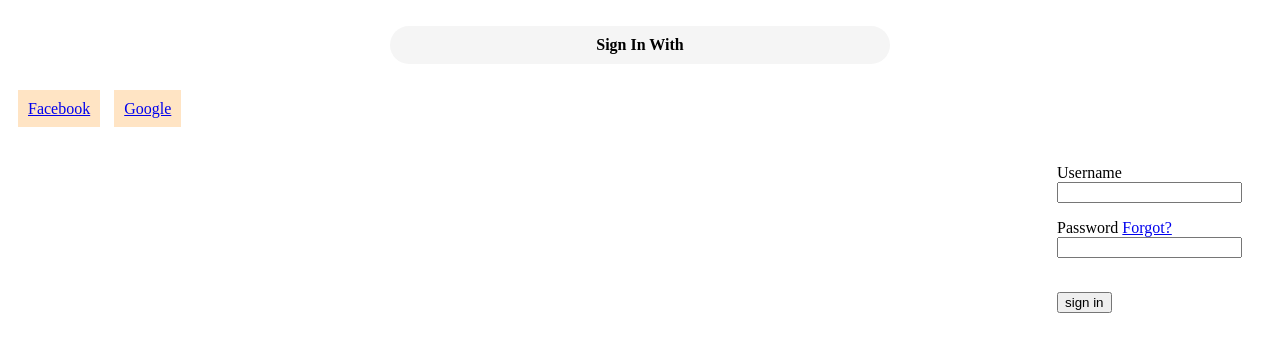
Repository: Tobby004/bdc-assignment-2
Page: index.html
These files come from the project's save history. The page is drawn as it stood at one moment and after the next save; the edit follows.
The browser window is 1280 px wide. The pictures show the whole page.

Above is the page before, as saved 2023-02-11 06:46:37.

### index.html
<!DOCTYPE html>
<html lang="en">
<head>
    <meta charset="UTF-8">
    <meta http-equiv="X-UA-Compatible" content="IE=edge">
    <meta name="viewport" content="width=<device-width>, initial-scale=1.0">
    <title>Document</title>
    <link rel="stylesheet" href="task.css">
</head>
<body>
    <header>
    <div class="box-container">
        <div class="box1">
        <br>
            <b>
             Sign In With
            </b>
        <br>
        <br>
        <a href="#">
            Facebook</a>
            <a href="#">
                Google
            </a>
        </div>
            </div>
        </header>


        <div class="form-input">
        <p>Username
            <br>
            <input type="text" placeholder="" />
        </p>
         <p>Password
            <a href="#">Forgot?</a>
            <br>
            <input type="password" />
         </p>
         <br>
         <button>sign in</button>
        </div>

</body>
</html>

### task.css
*{
    box-sizing:border-box;
}
header b {
    background-color:whitesmoke ;
    display: flex;
    padding: 10px;
    border-radius: 40px;
    margin-right: auto;
    margin-left: auto;
    max-width: 500px;
    justify-content: center;
}
header a {
    padding: 10px;
    display: flexbox;
    background-color: bisque;
    margin-left: 10px;
    max-width: 500px
}
.form-input{
    display: block;
    max-width: 500px;
    height: 10px;
    float: inline-end;
    padding: 30px;
    margin-left: auto;
    margin-right: auto;
}

After the next save:
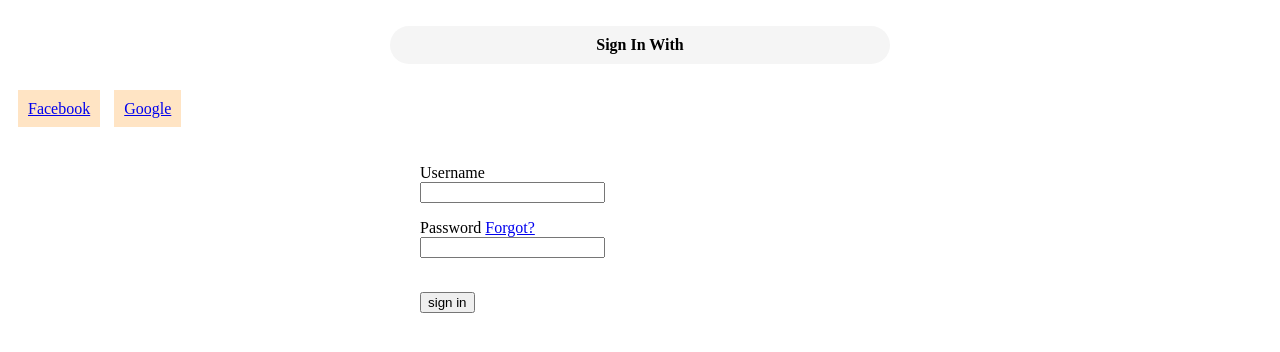
Saved 55 s later.
--- a/task.css
+++ b/task.css
@@ -22,7 +22,7 @@ header a {
     display: block;
     max-width: 500px;
     height: 10px;
-    float: inline-end;
+
     padding: 30px;
     margin-left: auto;
     margin-right: auto;
